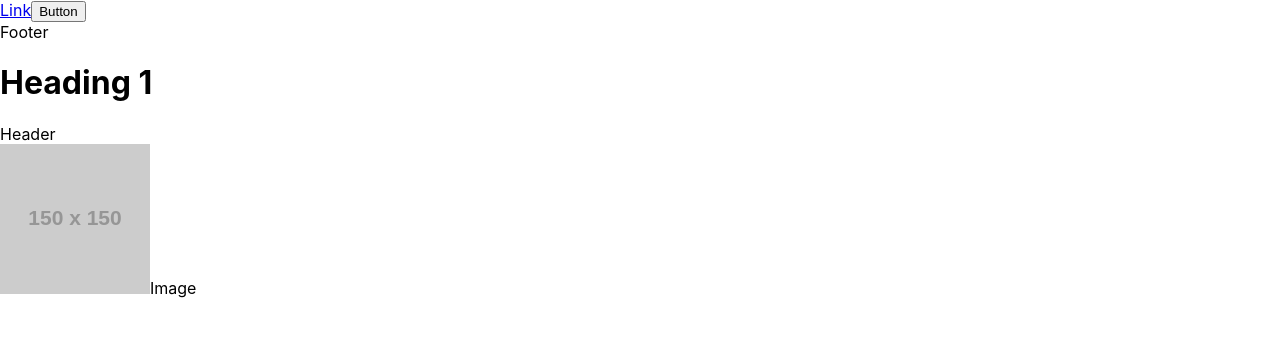
Repository: AiTrinh303/Jest_Sample
Page: / (app in small-test/)
These files come from the project's save history. The page is drawn as it stood at one moment and after a run of saves; the edit follows.
The browser window is 1280 px wide. The pictures show the whole page.
The project was rebuilt for these pictures with package versions that can differ from the ones it lists, and the page was loaded fresh each time.

Above is the page before, as saved 2024-11-25 20:44:12.

After the next 2 saves:
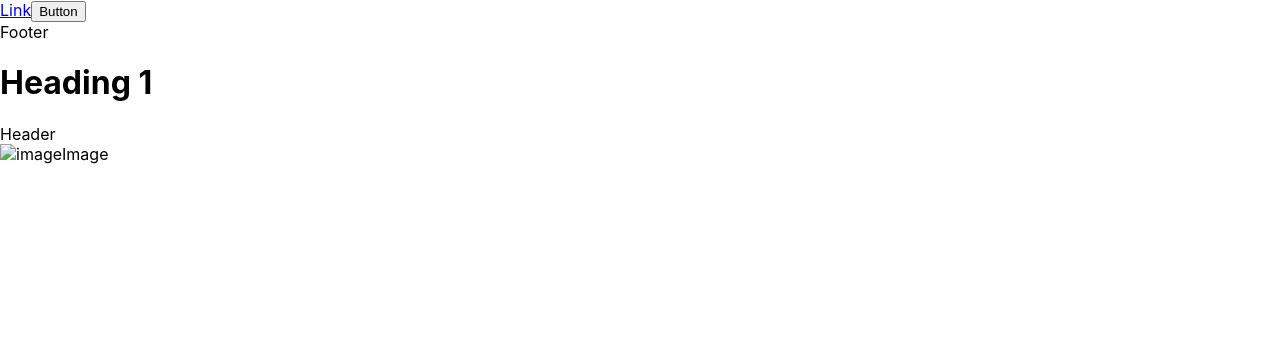
The 2 saves are shown as one change because 1 did not build or start.
The last was saved 11 s later.
--- a/small-test/src/App.js
+++ b/small-test/src/App.js
@@ -7,7 +7,7 @@ function App() {
       <footer>Footer</footer>
       <h1>Heading 1</h1>
       <header>Header</header>
-      <img alt="image" src="https://via.placeholder.com/150" />Image
+      <img alt="image" />Image
     </div>
   );
 }
